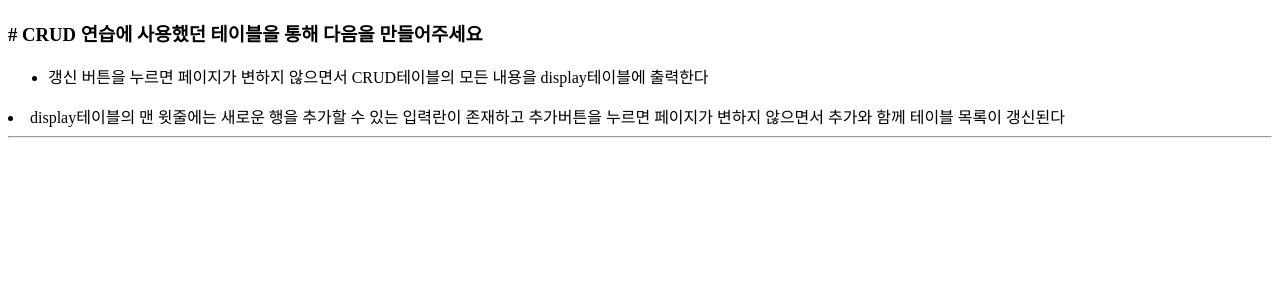
Repository: sirius455/spring-workspace
Page: http://localhost/Spring_REST/WEB-INF/views/ajax/crud_home.jsp
These files come from the project's save history. The page is drawn as it stood at one moment and after the next save; the edit follows.
The browser window is 1280 px wide. The pictures show the whole page.
The page is served by Tomcat 9. Nobody is signed in. The template is opened directly, without the code that normally fills it, so the values that code supplies are empty.

Above is the page before, as saved 2021-08-05 06:06:36.

After the next save:
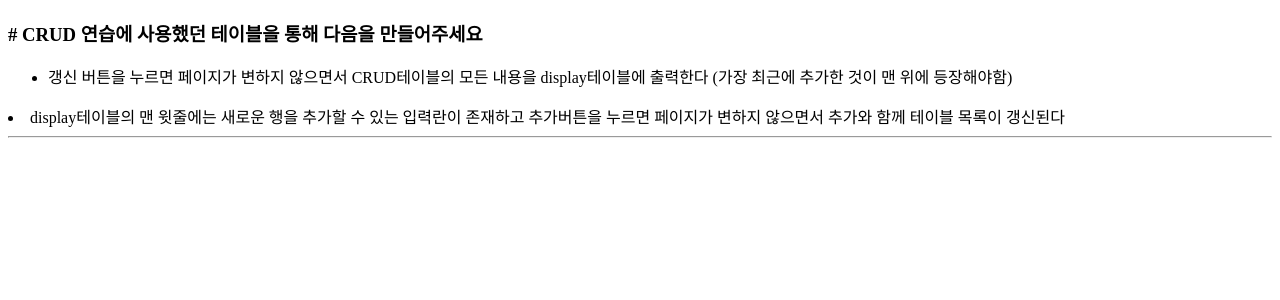
Saved 11 s later.
--- a/Spring_REST/src/main/webapp/WEB-INF/views/ajax/crud_home.jsp
+++ b/Spring_REST/src/main/webapp/WEB-INF/views/ajax/crud_home.jsp
@@ -12,6 +12,7 @@
 	<ul>
 		<li>
 			갱신 버튼을 누르면 페이지가 변하지 않으면서 CRUD테이블의 모든 내용을 display테이블에 출력한다
+			(가장 최근에 추가한 것이 맨 위에 등장해야함)
 		</li>
 	</ul>
 	<li>
